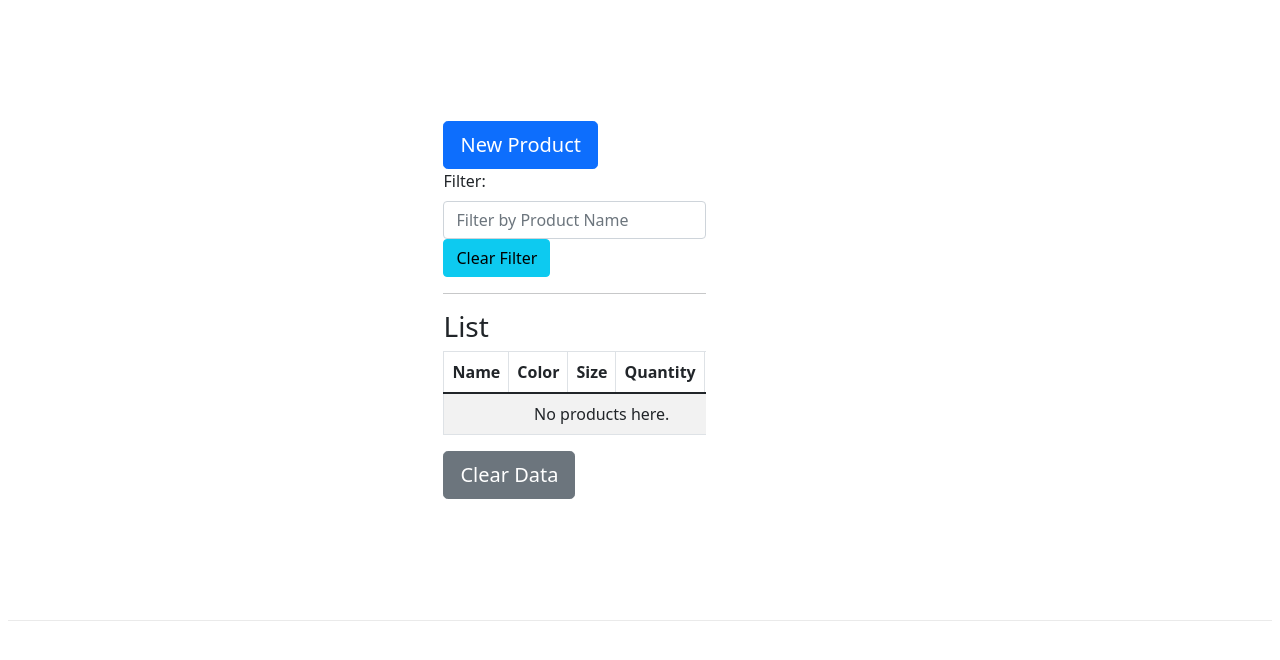
Repository: vperea95/crud-next
Page: /
These files come from the project's save history. The page is drawn as it stood at one moment and after the next save; the edit follows.
The browser window is 1280 px wide. The pictures show the whole page.
The project was rebuilt for these pictures with package versions that can differ from the ones it lists, and the page was loaded fresh each time. The framework's server and built-in components were replaced by stand-ins that run in the browser. Also part of the build but not shown: next.config.js, components/lineItems/nestedFieldArrays.js, components/lineItems/prueba.js.

Above is the page before, as saved 2021-11-20 10:52:28.

After the next save:
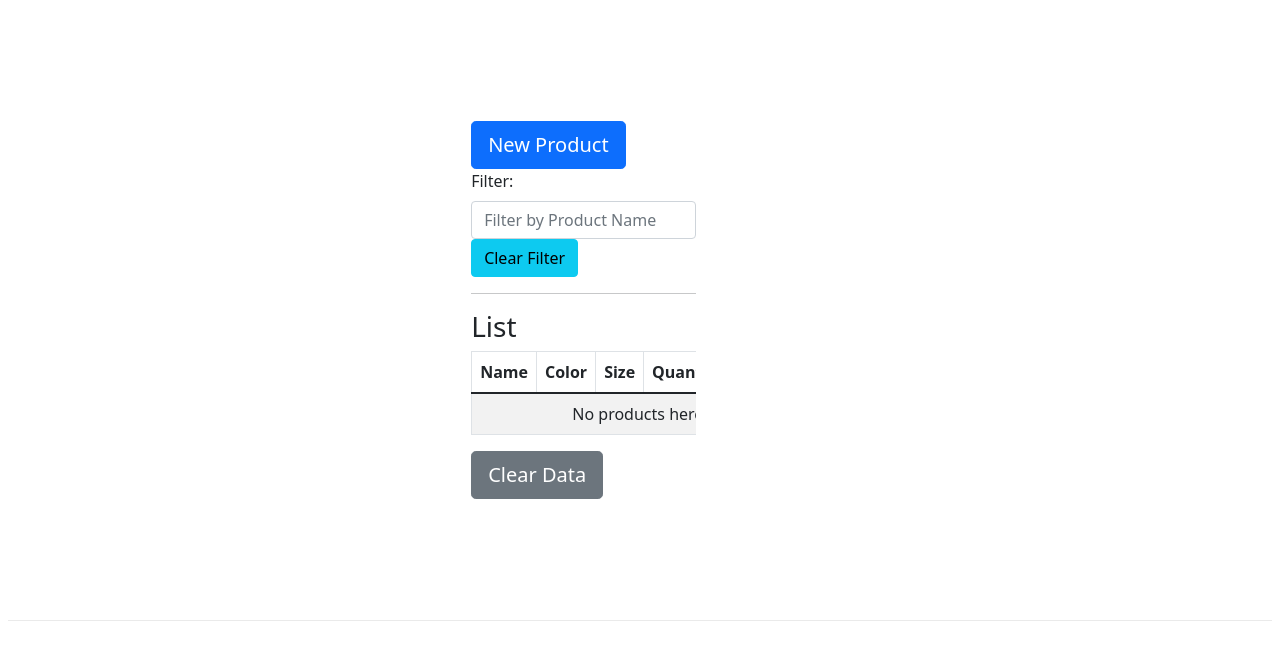
Saved 23 s later.
--- a/components/ListProducts.js
+++ b/components/ListProducts.js
@@ -51,7 +51,6 @@ const ListProducts = () => {
             <th>Color</th>
             <th>Size</th>
             <th>Quantity</th>
-            <th>Item</th>
             <th>Actions</th>
           </tr>
         </thead>
@@ -69,7 +68,6 @@ const ListProducts = () => {
                 <td>{item.color}</td>
                 <td>{item.size}</td>
                 <td>{item.quantity}</td>
-                <td>{item.lItem}</td>
                 <td colSpan="2">
                   <Button
                     variant="secondary"
